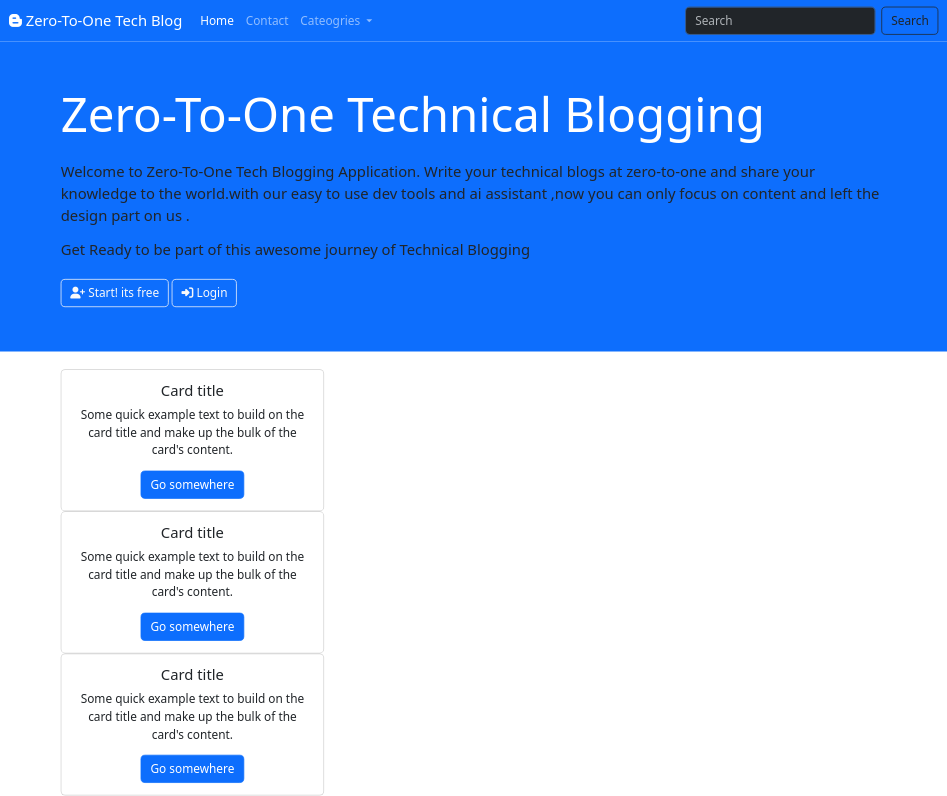
Repository: Gaurav560/PROJECT-ZeroToOne-TechBlog
Page: http://localhost/ZeroToOne/
The author's editor kept a copy of each file at every save. The page is drawn from the files as they stood at one save, then again after the next save.
The browser window is 1280 px wide. The pictures show the whole page, at 74% of full size.
Some web libraries are served in a nearby version. The page is served by Tomcat 9. Other server files are loaded and not shown.

Above is the page before, as saved 2023-04-29 07:54:32.

### ZeroToOne/src/main/webapp/index.jsp
<%@page import="com.blog.helper.ConnectionProvider"%>
<%@page import="java.sql.Connection"%>
<%@ page language="java" contentType="text/html; charset=ISO-8859-1"
	pageEncoding="ISO-8859-1"%>
<!DOCTYPE html>
<html>
<head>
<meta charset="ISO-8859-1">
<title>Index page</title>
<!--  Bootstrap css-->
<link
	href="https://cdn.jsdelivr.net/npm/bootstrap@5.3.0-alpha3/dist/css/bootstrap.min.css"
	rel="stylesheet"
	integrity="sha384-KK94CHFLLe+nY2dmCWGMq91rCGa5gtU4mk92HdvYe+M/SXH301p5ILy+dN9+nJOZ"
	crossorigin="anonymous">
<!--css  -->
<link href="css/style.css" rel="stylesheet" type="text/css" />
<!-- font-awesome -->
<script src="https://kit.fontawesome.com/d52455da93.js"
	crossorigin="anonymous"></script>
</head>
<body>
	<%@include file="indexNavbar.jsp"%>

	<!-- jumbotron starts here -->
	<div class="container-fluid m-0 p-0 ">
		<div class="ki bg-primary text-white">
			<div class="container">

				<h3 class="display-3 pb-3">Zero-To-One Technical Blogging</h3>
				<p class="fs-5 text-dark">Welcome to Zero-To-One Tech Blogging
					Application. Write your technical blogs at zero-to-one and share
					your knowledge to the world.with our easy to use dev tools and ai
					assistant ,now you can only focus on content and left the design
					part on us .</p>
				<p class="fs-5 text-dark pb-2">Get Ready to be part of this
					awesome journey of Technical Blogging</p>
				<p></p>
				<button class="btn  btn-outline-light">
					<i class="fa-solid fa-user-plus"></i> Start! its free
				</button>
				<button class="btn   btn-outline-light">
					<i class="fa-solid fa-right-to-bracket"></i> Login
				</button>
			</div>
		</div>
	</div>
	<!-- jumbotron ends here -->
<br>
<!--cards starts here  -->
<div class="container">
<div class="row">

<div class="col-md-4">


<div class="card text-center">

  <div class="card-body">
    <h5 class="card-title">Card title</h5>
    <p class="card-text">Some quick example text to build on the card title and make up the bulk of the card's content.</p>
    <a href="#" class="btn btn-primary">Go somewhere</a>
  </div>
</div>
<div class="card text-center">

  <div class="card-body">
    <h5 class="card-title">Card title</h5>
    <p class="card-text">Some quick example text to build on the card title and make up the bulk of the card's content.</p>
    <a href="#" class="btn btn-primary">Go somewhere</a>
  </div>
</div>
<div class="card text-center">

  <div class="card-body">
    <h5 class="card-title">Card title</h5>
    <p class="card-text">Some quick example text to build on the card title and make up the bulk of the card's content.</p>
    <a href="#" class="btn btn-primary">Go somewhere</a>
  </div>
</div>
</div>

</div>


</div>
<!-- cards end here -->


	<!-- jquery cdn -->
	<script src="https://code.jquery.com/jquery-3.6.4.min.js"
		integrity="sha256-oP6HI9z1XaZNBrJURtCoUT5SUnxFr8s3BzRl+cbzUq8="
		crossorigin="anonymous">

	</script>

	<!-- js  -->

	<script
		src="https://cdn.jsdelivr.net/npm/bootstrap@5.3.0-alpha3/dist/js/bootstrap.bundle.min.js"
		integrity="sha384-ENjdO4Dr2bkBIFxQpeoTz1HIcje39Wm4jDKdf19U8gI4ddQ3GYNS7NTKfAdVQSZe"
		crossorigin="anonymous"></script>
	<script src="js/myjs.js" type="text/javascript"></script>

</body>
</html>

### ZeroToOne/src/main/webapp/indexNavbar.jsp
<nav class="navbar navbar-expand-lg  bg-primary dar "   data-bs-theme="dark">
	<div class="container-fluid">

         <a class="navbar-brand" href="#"><i class="fa-brands fa-blogger-b"></i> Zero-To-One Tech Blog </a>
		<button class="navbar-toggler" type="button" data-bs-toggle="collapse"
			data-bs-target="#navbarSupportedContent"
			aria-controls="navbarSupportedContent" aria-expanded="false"
			aria-label="Toggle navigation">
			<span class="navbar-toggler-icon"></span>
		</button>
		<div class="collapse navbar-collapse" id="navbarSupportedContent">
			<ul class="navbar-nav me-auto mb-2 mb-lg-0">
				<li class="nav-item"><a class="nav-link active"
					aria-current="page" href="#">Home</a></li>
				<li class="nav-item"><a class="nav-link" href="#">Contact</a></li>
				<li class="nav-item dropdown"><a
					class="nav-link dropdown-toggle" href="#" role="button"
					data-bs-toggle="dropdown" aria-expanded="false">Cateogries </a>
					<ul class="dropdown-menu">
						<li><a class="dropdown-item" href="#">Action</a></li>
						<li><a class="dropdown-item" href="#">Another action</a></li>
						<li><hr class="dropdown-divider"></li>
						<li><a class="dropdown-item" href="#">Something else here</a></li>
					</ul></li>

			</ul>
			<form class="d-flex" role="search">
				<input class="form-control me-2" type="search" placeholder="Search"
					aria-label="Search">
				<button class="btn btn-outline-dark" type="submit">Search</button>
			</form>
		</div>
	</div>
</nav>

### ZeroToOne/src/main/webapp/css/style.css
.bg-dar{

	padding:14px;
}
.ki{
	padding:60px;
}

Loaded but not shown: ZeroToOne/ZeroToOne/js/myjs.js (no stored copy; drawn as an empty file)

After the next save:
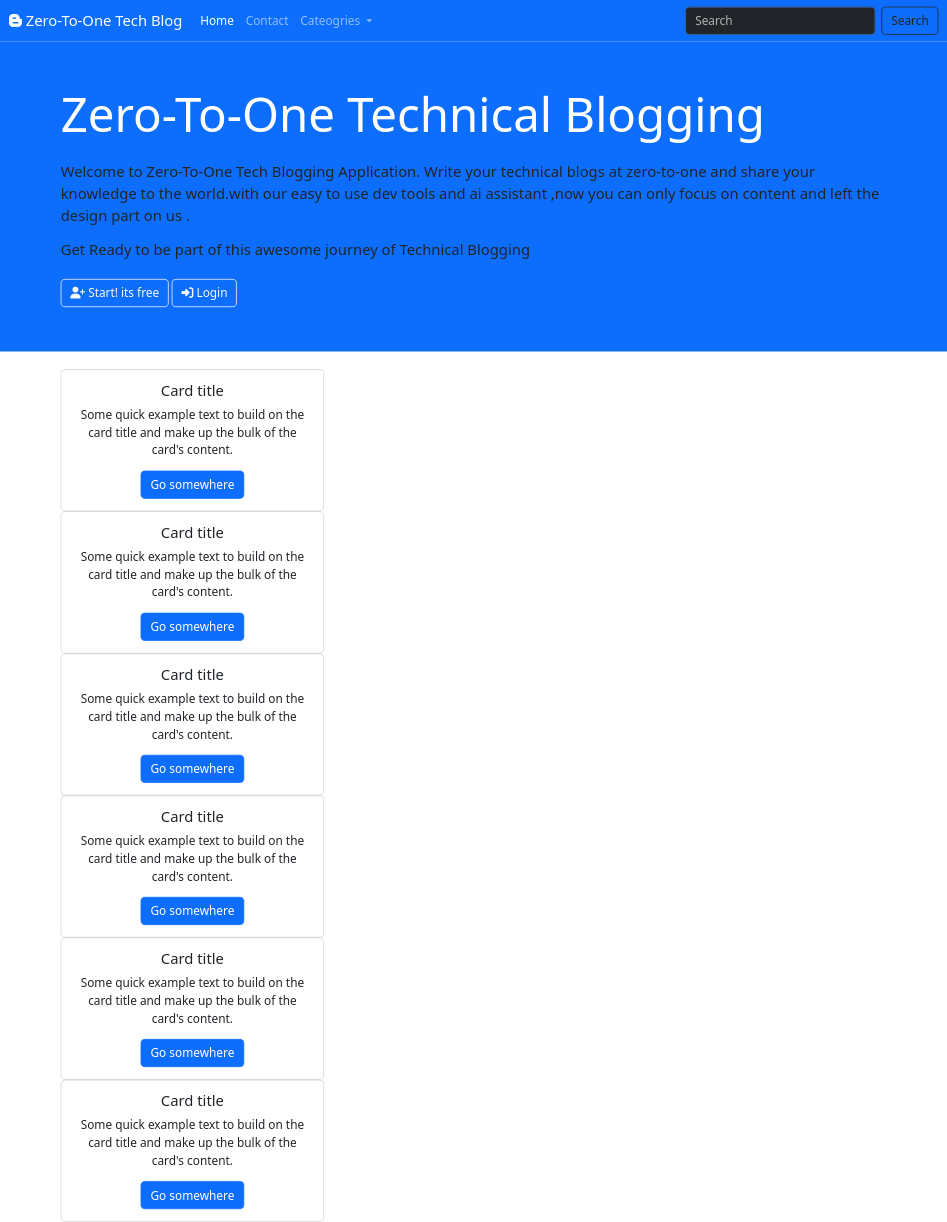
Saved 95 s later.
--- a/ZeroToOne/src/main/webapp/index.jsp
+++ b/ZeroToOne/src/main/webapp/index.jsp
@@ -46,45 +46,91 @@
 		</div>
 	</div>
 	<!-- jumbotron ends here -->
-<br>
-<!--cards starts here  -->
-<div class="container">
-<div class="row">
+	<br>
+	<!--cards starts here  -->
+	<div class="container">
 
-<div class="col-md-4">
+	<!--  1st row starts here-->
+		<div class="row">
+
+			<div class="col-md-4">
 
 
-<div class="card text-center">
+				<div class="card text-center">
 
-  <div class="card-body">
-    <h5 class="card-title">Card title</h5>
-    <p class="card-text">Some quick example text to build on the card title and make up the bulk of the card's content.</p>
-    <a href="#" class="btn btn-primary">Go somewhere</a>
-  </div>
-</div>
-<div class="card text-center">
+					<div class="card-body">
+						<h5 class="card-title">Card title</h5>
+						<p class="card-text">Some quick example text to build on the
+							card title and make up the bulk of the card's content.</p>
+						<a href="#" class="btn btn-primary">Go somewhere</a>
+					</div>
+				</div>
+				<div class="card text-center">
 
-  <div class="card-body">
-    <h5 class="card-title">Card title</h5>
-    <p class="card-text">Some quick example text to build on the card title and make up the bulk of the card's content.</p>
-    <a href="#" class="btn btn-primary">Go somewhere</a>
-  </div>
-</div>
-<div class="card text-center">
+					<div class="card-body">
+						<h5 class="card-title">Card title</h5>
+						<p class="card-text">Some quick example text to build on the
+							card title and make up the bulk of the card's content.</p>
+						<a href="#" class="btn btn-primary">Go somewhere</a>
+					</div>
+				</div>
+				<div class="card text-center">
 
-  <div class="card-body">
-    <h5 class="card-title">Card title</h5>
-    <p class="card-text">Some quick example text to build on the card title and make up the bulk of the card's content.</p>
-    <a href="#" class="btn btn-primary">Go somewhere</a>
-  </div>
-</div>
-</div>
+					<div class="card-body">
+						<h5 class="card-title">Card title</h5>
+						<p class="card-text">Some quick example text to build on the
+							card title and make up the bulk of the card's content.</p>
+						<a href="#" class="btn btn-primary">Go somewhere</a>
+					</div>
+				</div>
+			</div>
 
-</div>
+		</div>
+<!--  1st row ends here-->
 
 
-</div>
-<!-- cards end here -->
+<!--  2nd row starts here-->
+
+		<div class="row">
+
+			<div class="col-md-4">
+
+
+				<div class="card text-center">
+
+					<div class="card-body">
+						<h5 class="card-title">Card title</h5>
+						<p class="card-text">Some quick example text to build on the
+							card title and make up the bulk of the card's content.</p>
+						<a href="#" class="btn btn-primary">Go somewhere</a>
+					</div>
+				</div>
+				<div class="card text-center">
+
+					<div class="card-body">
+						<h5 class="card-title">Card title</h5>
+						<p class="card-text">Some quick example text to build on the
+							card title and make up the bulk of the card's content.</p>
+						<a href="#" class="btn btn-primary">Go somewhere</a>
+					</div>
+				</div>
+				<div class="card text-center">
+
+					<div class="card-body">
+						<h5 class="card-title">Card title</h5>
+						<p class="card-text">Some quick example text to build on the
+							card title and make up the bulk of the card's content.</p>
+						<a href="#" class="btn btn-primary">Go somewhere</a>
+					</div>
+				</div>
+			</div>
+
+		</div>
+
+<!--  2nd row ends here-->
+
+	</div>
+	<!-- cards end here -->
 
 
 	<!-- jquery cdn -->
